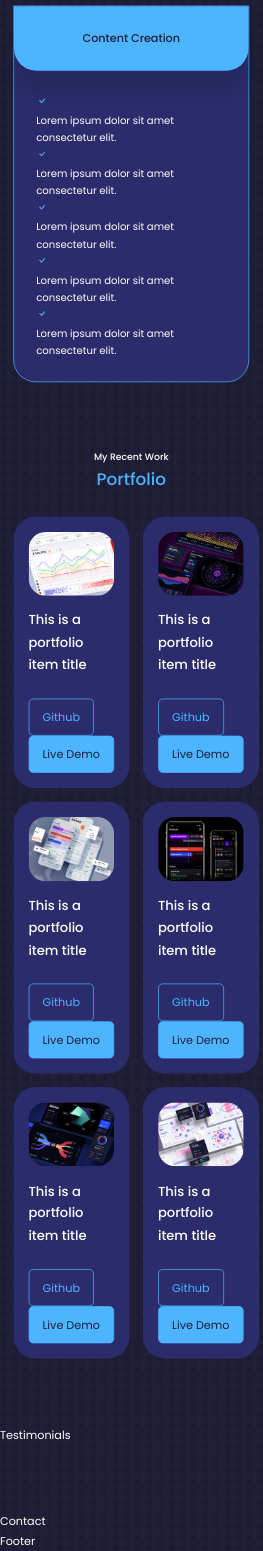
Repository: YuriSarmanho/Portifolio-
Page: / (app in portifolio/)
An editor plug-in stored every save of this project. The page is shown before and after the next save, followed by the edit.
The browser window is 375 px wide. The pictures show the part of the page from y = 4260 to 6500 px (the page is 6475 px tall before and 7768 px after), at 70% of full size.
The project was rebuilt for these pictures with package versions that can differ from the ones it lists, and the page was loaded fresh each time. Also part of the build but not shown: portifolio/src/Components/Contact/Contact.css, portifolio/src/Components/Testimonials/Testimonials.css. Imported but missing from the stored project, and not drawn on this page: portifolio/src/assets/cv.pdf.

Above is the page before, as saved 2022-05-25 10:33:31.

After the next save:
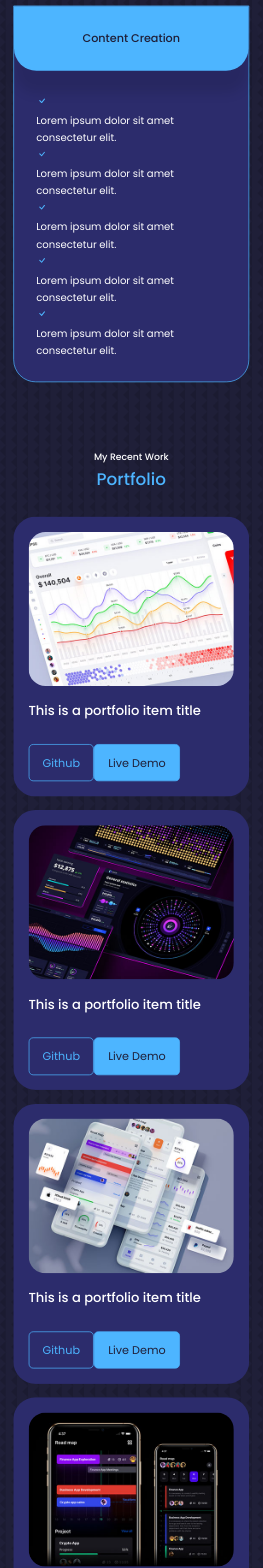
Saved 27 s later.
--- a/portifolio/src/Components/Portfolio/Portfolio.css
+++ b/portifolio/src/Components/Portfolio/Portfolio.css
@@ -41,7 +41,7 @@
 /*SMALL DEVICE*/
 @media screen and (max-width: 600px) {
     .portfolio__container{
-        grid-template-columns: ;
+        grid-template-columns: 1fr;
     }
 
 }
